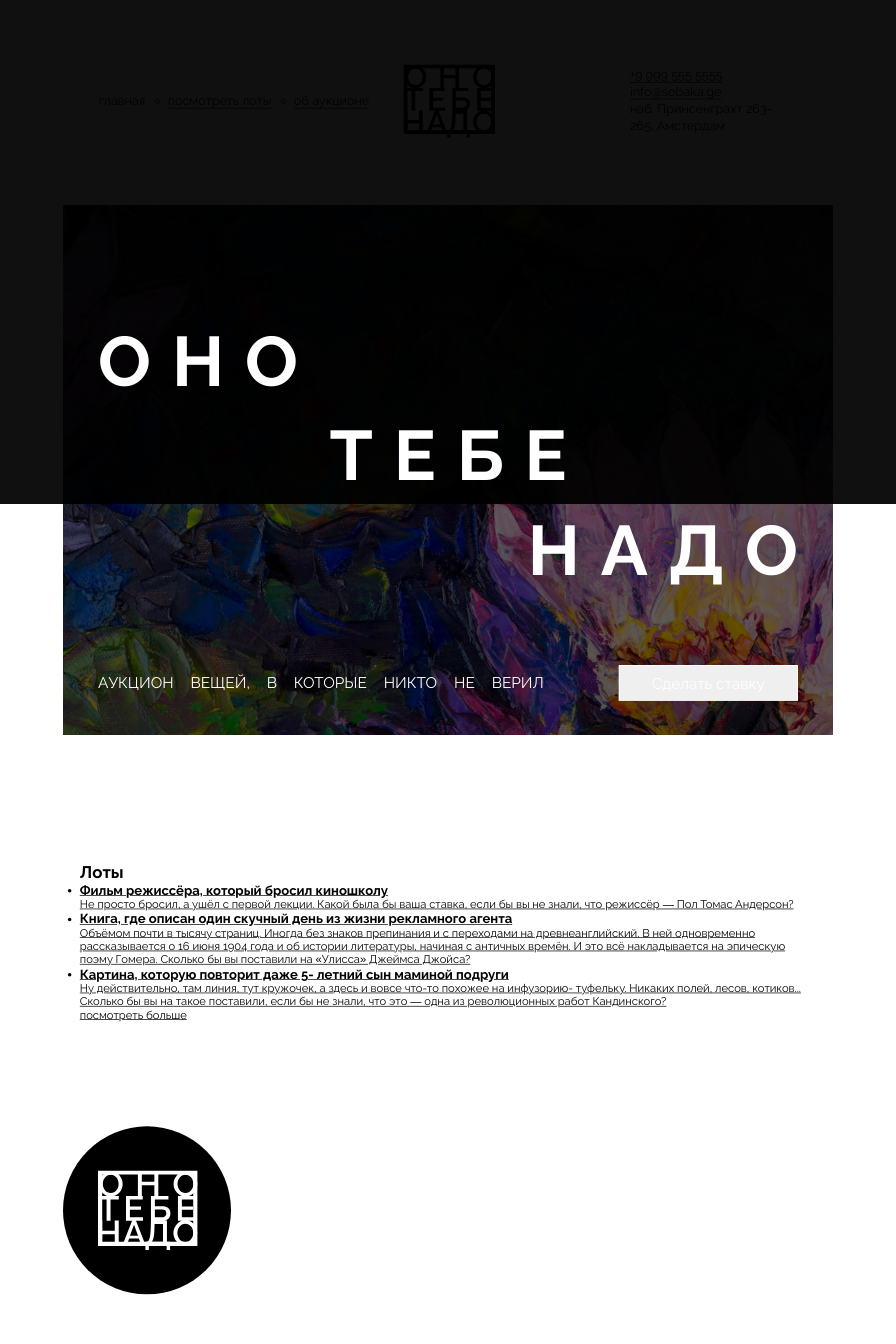
Repository: NikWolf75/ono-tebe-nado-fd
Page: index.html
These files come from the project's save history. The page is drawn as it stood at one moment and after a run of saves; the edit follows.
The browser window is 1280 px wide. The pictures show the part of the page from y = 0 to 1920 px (the page is 2572 px tall), at 70% of full size.

Above is the page before, as saved 2024-12-18 22:41:34.

After the next 2 saves:
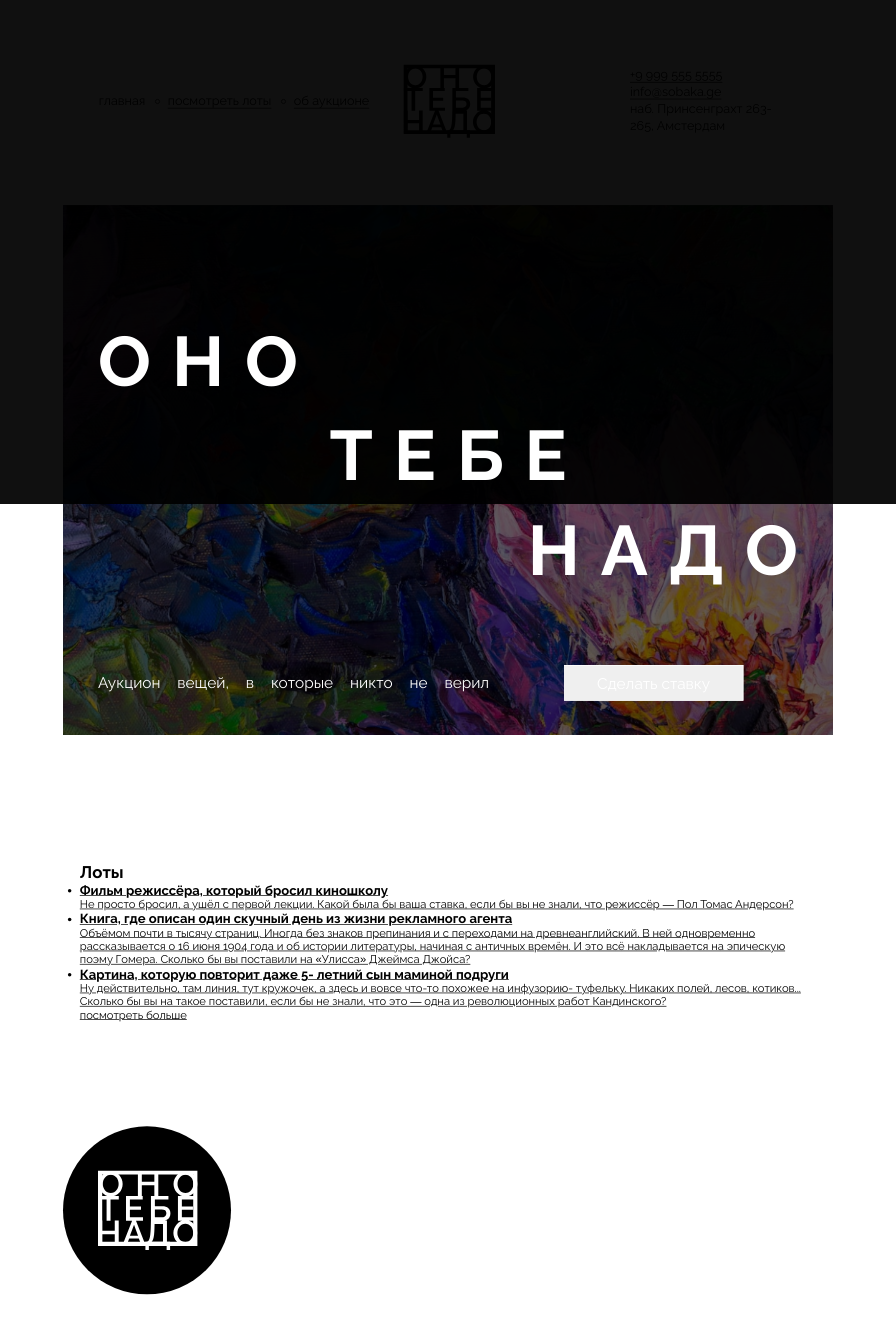
The 2 saves are shown as one change because they came seconds apart.
The last was saved 6 s later.
--- a/styles/style.css
+++ b/styles/style.css
@@ -110,8 +110,8 @@
   color: #fff;
   word-spacing: 18.5px;
   line-height: 127%;
-  white-space: nowrap;
-  text-transform: uppercase;
+
+
 }
 
 .bet-button {
